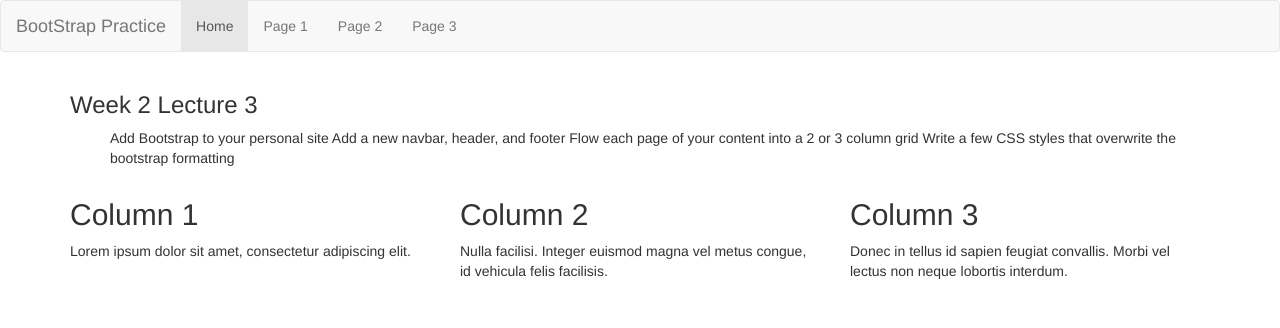
Repository: ayannasampson/bootstrappractice
Page: bs.html
The author's editor kept a copy of each file at every save. The page is drawn from the files as they stood at one save, then again after the next save.
The browser window is 1280 px wide. The pictures show the whole page.

Above is the page before, as saved 2023-03-21 13:07:29.

### bs.html

    <html lang="en">
<head>
  <title>Bootstrap Practice</title>
  <meta charset="utf-8">
  <meta name="viewport" content="width=device-width, initial-scale=1">
  <link rel="stylesheet" href="https://maxcdn.bootstrapcdn.com/bootstrap/3.4.1/css/bootstrap.min.css">
  <script src="https://ajax.googleapis.com/ajax/libs/jquery/3.6.3/jquery.min.js"></script>
  <script src="https://maxcdn.bootstrapcdn.com/bootstrap/3.4.1/js/bootstrap.min.js"></script>
</head>
<body>

<nav class="navbar navbar-default">
  <div class="container-fluid">
    <div class="navbar-header">
      <a class="navbar-brand" href="#">BootStrap Practice</a>
    </div>
    <ul class="nav navbar-nav">
      <li class="active"><a href="#">Home</a></li>
      <li><a href="#">Page 1</a></li>
      <li><a href="#">Page 2</a></li>
      <li><a href="#">Page 3</a></li>
    </ul>
  </div>
</nav>

<div class="container">
  <h3>Week 2 Lecture 3</h3>
  <p> <ul
    <ls>Add Bootstrap to your personal site</ls>
<ls>Add a new navbar, header, and footer</ls>
<ls>Flow each page of your content into a 2 or 3 column grid</ls>
<ls>Write a few CSS styles that overwrite the bootstrap formatting</ls></p>
  </ul>

</div>
<div class="container">
		<div class="row">
			<div class="col-md-4">
				<h2>Column 1</h2>
				<p>Lorem ipsum dolor sit amet, consectetur adipiscing elit.</p>
			</div>
			<div class="col-md-4">
				<h2>Column 2</h2>
				<p>Nulla facilisi. Integer euismod magna vel metus congue, id vehicula felis facilisis.</p>
			</div>
			<div class="col-md-4">
				<h2>Column 3</h2>
				<p>Donec in tellus id sapien feugiat convallis. Morbi vel lectus non neque lobortis interdum.</p>
			</div>
		</div>
	</div>
</body>
</html>


</html>

After the next save:
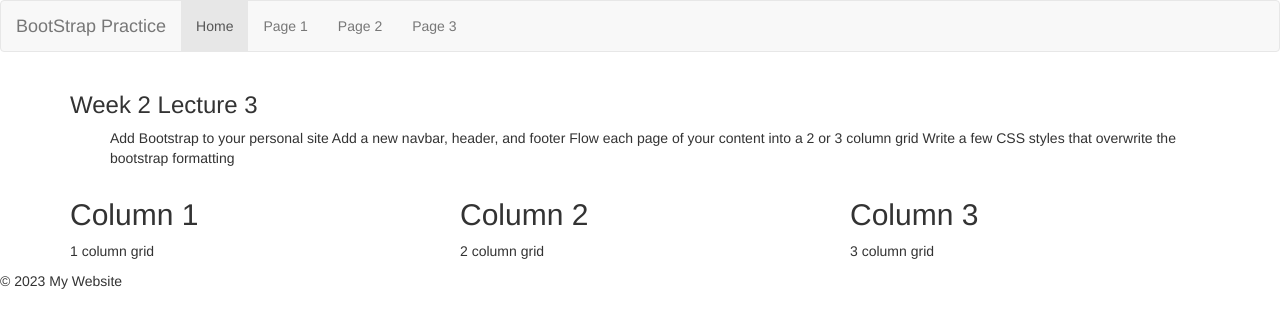
Saved 93 s later.
--- a/bs.html
+++ b/bs.html
@@ -38,17 +38,20 @@
 		<div class="row">
 			<div class="col-md-4">
 				<h2>Column 1</h2>
-				<p>Lorem ipsum dolor sit amet, consectetur adipiscing elit.</p>
+				<p>1 column grid</p>
 			</div>
 			<div class="col-md-4">
 				<h2>Column 2</h2>
-				<p>Nulla facilisi. Integer euismod magna vel metus congue, id vehicula felis facilisis.</p>
+				<p>2 column grid</p>
 			</div>
 			<div class="col-md-4">
 				<h2>Column 3</h2>
-				<p>Donec in tellus id sapien feugiat convallis. Morbi vel lectus non neque lobortis interdum.</p>
+				<p>3 column grid</p>
 			</div>
 		</div>
+	</div>
+  <div class="footer">
+		<p>&copy; 2023 My Website</p>
 	</div>
 </body>
 </html>
